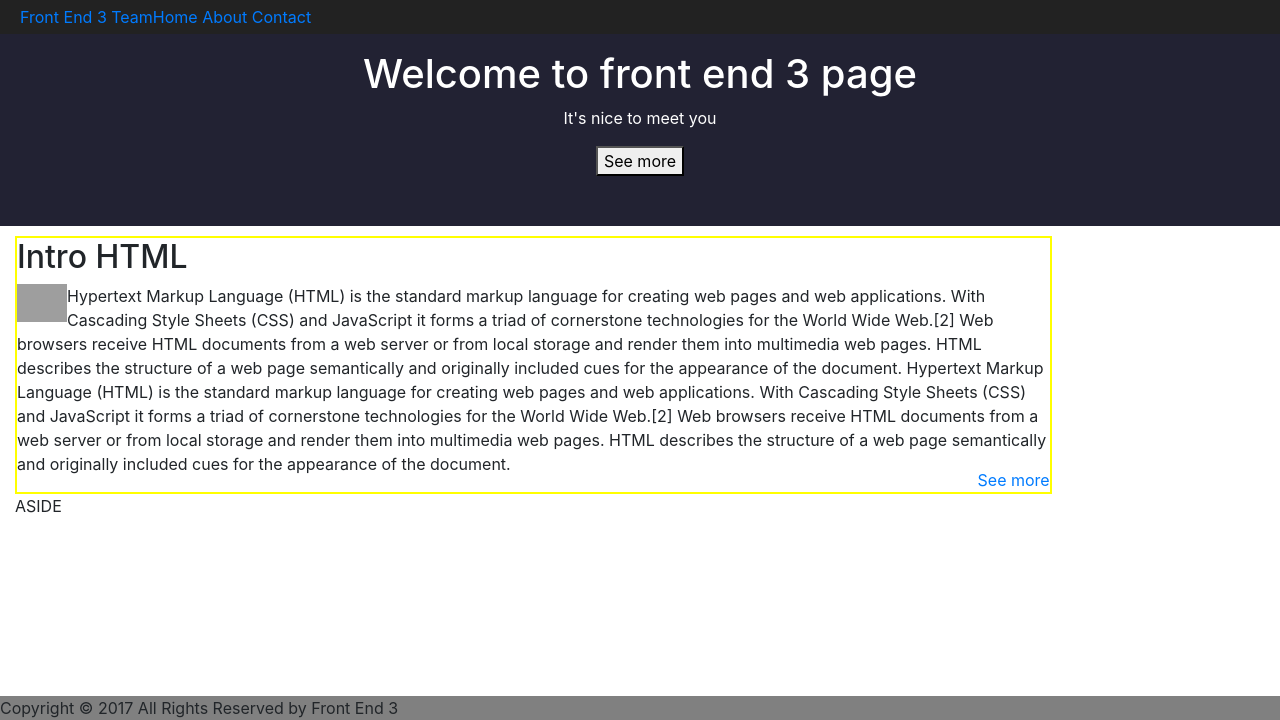
Repository: Toni95/workspace
Page: curs23-ResponsiveWebDesignBootstrap/index.html
The author's editor kept a record of every edit. The page is drawn from the files as they stood at one moment, then again after the next edit.
The browser window is 1280 px wide. The pictures show the whole page.
Pictures or frames that could not be fetched are drawn as grey boxes.

Above is the page before.

### curs23-ResponsiveWebDesignBootstrap/index.html
<!DOCTYPE html>
<html lang="en">
<head>
    <title>Responsive Layout</title>
    <meta name="viewport" content="width=device-width, initial-scale=1" />
    <link rel="stylesheet" href="https://maxcdn.bootstrapcdn.com/bootstrap/4.0.0/css/bootstrap.min.css" integrity="sha384-Gn5384xqQ1aoWXA+058RXPxPg6fy4IWvTNh0E263XmFcJlSAwiGgFAW/dAiS6JXm" crossorigin="anonymous">
    <link rel="stylesheet" href="css/style.css" type="text/css"/>
</head>
<body class="container-fluid">
    <nav class="row">
        <a href="#">Front End 3 Team</a>
        <div class="pull-right">
            <a href="index.html">Home</a>
            <a href="">About</a>
            <a href="">Contact</a>
        </div>
    </nav>
    <header>
        <h1>Welcome to front end 3 page</h1>
        <p>It's nice to meet you</p>
        <button>See more</button>
    </header>
    <main class="row">
        <section class="col-md-8 col-xl-10">
            <article>
                <h2>Intro HTML</h2>

                <div class="clearfix">
                    <img alt="Intro HTML" class="pull-left" width="50" src="https://encrypted-tbn0.gstatic.com/images?q=tbn:ANd9GcRDqO_EcroliCp2gh_hH_P6Bk6E948LqlWFlrMqzK-3BAdFOb4xXw"></img>
                    <p>
                        Hypertext Markup Language (HTML) is the standard markup language for creating web pages and web applications. With Cascading Style Sheets (CSS) and JavaScript it forms a triad of cornerstone technologies for the World Wide Web.[2] Web browsers receive HTML documents from a web server or from local storage and render them into multimedia web pages. HTML describes the structure of a web page semantically and originally included cues for the appearance of the document. Hypertext Markup Language (HTML) is the standard markup language for creating web pages and web applications. With Cascading Style Sheets (CSS) and JavaScript it forms a triad of cornerstone technologies for the World Wide Web.[2] Web browsers receive HTML documents from a web server or from local storage and render them into multimedia web pages. HTML describes the structure of a web page semantically and originally included cues for the appearance of the document.
                    </p>
                <!--clearfix-->
                </div>

                <a href="">See more</a>
                <!--::after-->
            </article>

        </section>
        <aside class="col-xl-4">ASIDE</aside>
    </main>
    <footer class="row">Copyright &copy; 2017 All Rights Reserved by Front End 3</footer>
</body>
</html>

### curs23-ResponsiveWebDesignBootstrap/css/style.css
* {
    margin: 0;
    box-sizing: border-box;
}
html {
    position: relative;
    min-height: 100%;
}
body {
    margin-bottom: 50px;
}
.pull-left {
    float: left;
}
.pull-right {
    float: right
}
.clearfix::after{
    clear: both;
    display: block;
    content: ' ';
}

nav {
    background-color: #222;
    padding: 5px 20px;
    position: fixed;
    z-index: 1;
    width: 100%;
}
header {
    background-color: #223;
    text-align: center;
    padding-top: 50px;
    padding-bottom: 50px;
    color: white;
    margin: 0 -15px;
}
main {
    /*width: 960px;*/
    width: auto;
    margin: 10px auto;
}
section {
    /*width: 600px;*/
    width: auto;
}

@media (min-width: 768px) {
    section {
        width: 70%;
    }
}

@media (min-width: 1024px) {
    section {
        width: 95%;
    }
}


article {
    border: solid 2px yellow;
    position: relative;
}

article a {
    position: absolute;
    right: 0;
    bottom: 0;
}

@media (min-width: 768px) {
    aside {
        width: 30%;
    }
}

@media (min-width: 1024px) {
    aside {
        width: 5%;
    }
}

footer {
    position: absolute;
    bottom: 0;
    background-color: gray;
    width: 100%;
}

After the next edit:
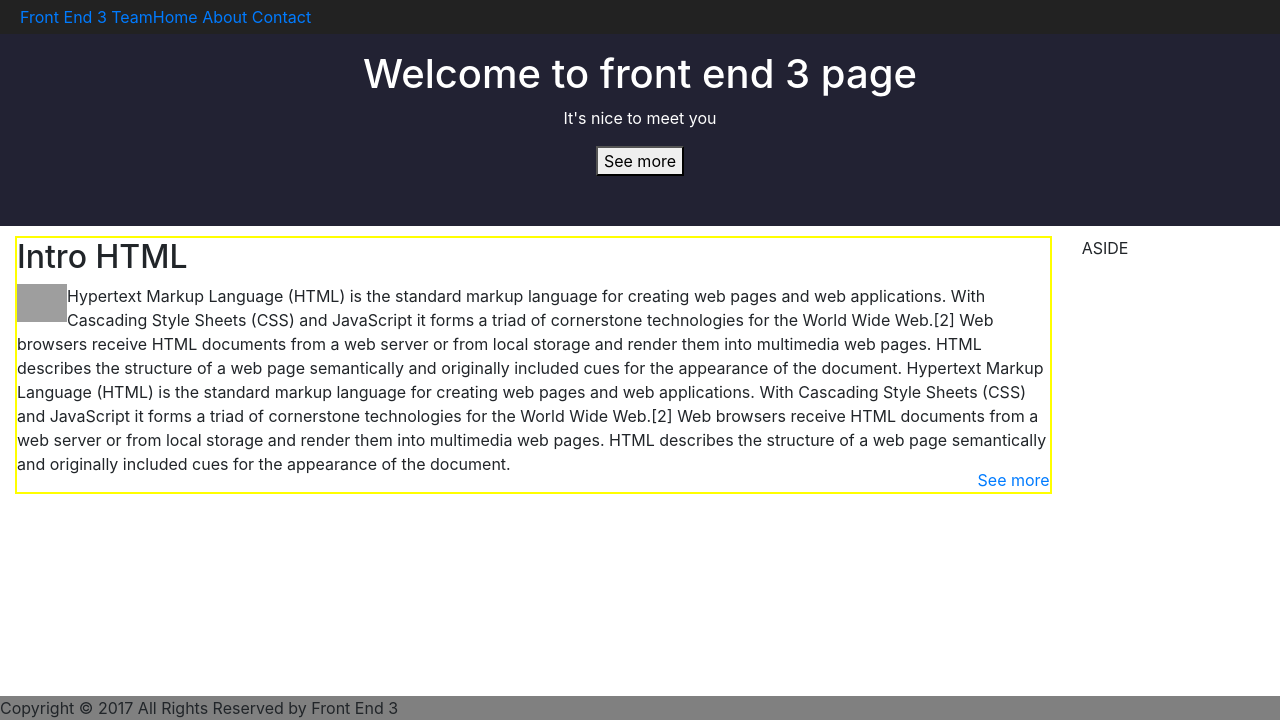
The edit:
--- a/curs23-ResponsiveWebDesignBootstrap/index.html
+++ b/curs23-ResponsiveWebDesignBootstrap/index.html
@@ -38,7 +38,7 @@
             </article>
 
         </section>
-        <aside class="col-xl-4">ASIDE</aside>
+        <aside class="col-md-4 col-xl-2">ASIDE</aside>
     </main>
     <footer class="row">Copyright &copy; 2017 All Rights Reserved by Front End 3</footer>
 </body>
